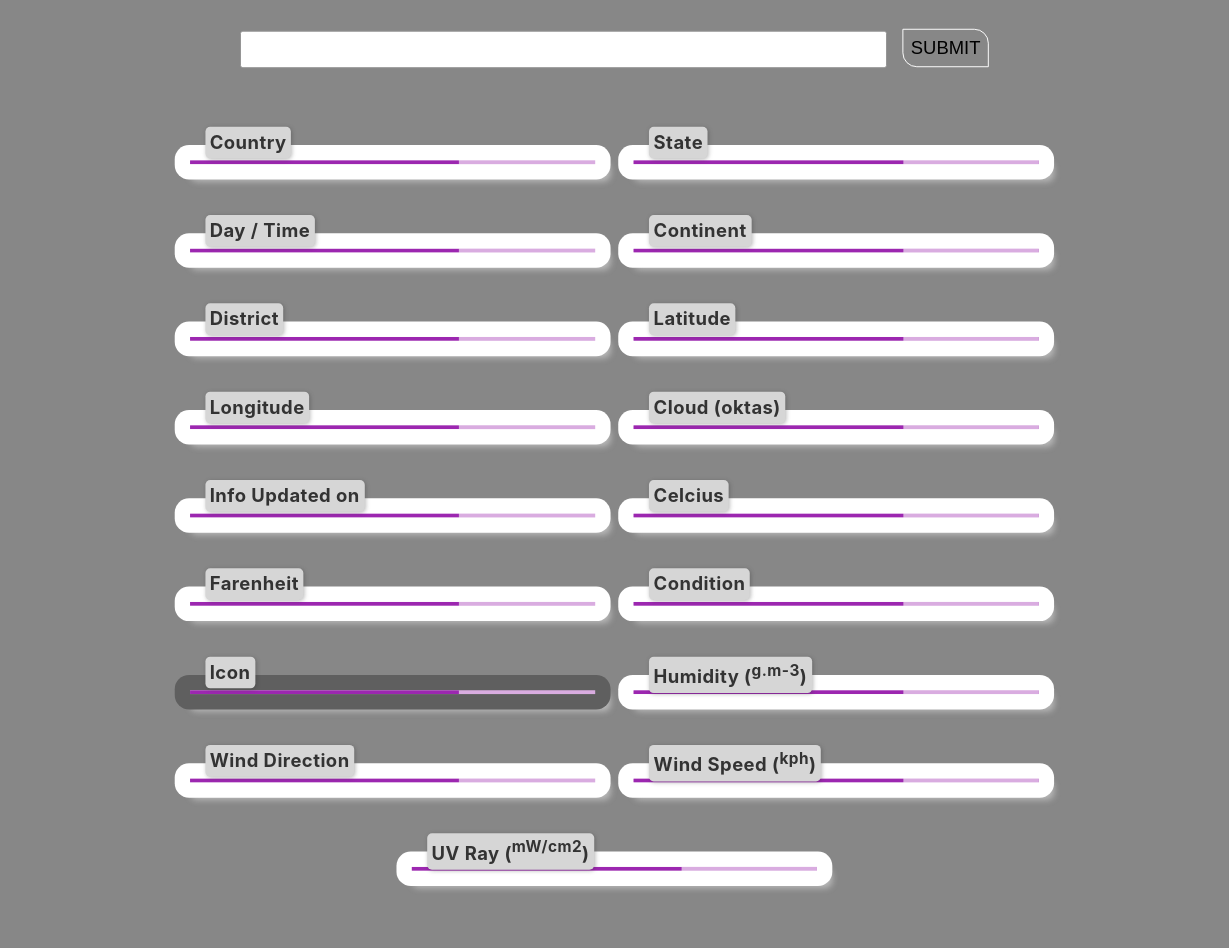
Repository: Imprasna/practising-API
Page: /
The author's editor kept a copy of each file at every save. The page is drawn from the files as they stood at one save, then again after a run of saves.
The browser window is 1280 px wide. The pictures show the whole page, at 96% of full size.
The project was rebuilt for these pictures with package versions that can differ from the ones it lists, and the page was loaded fresh each time. Also part of the build but not shown: src/component/Country.js, src/component/Region.js, src/component/Time.js, src/component/Continent.js, src/component/District.js, src/component/Cloud.js, src/component/UpdatedWeather.js, src/component/Celcius.js and 9 more.

Above is the page before, as saved 2021-11-12 00:22:26.

After the next 3 saves:
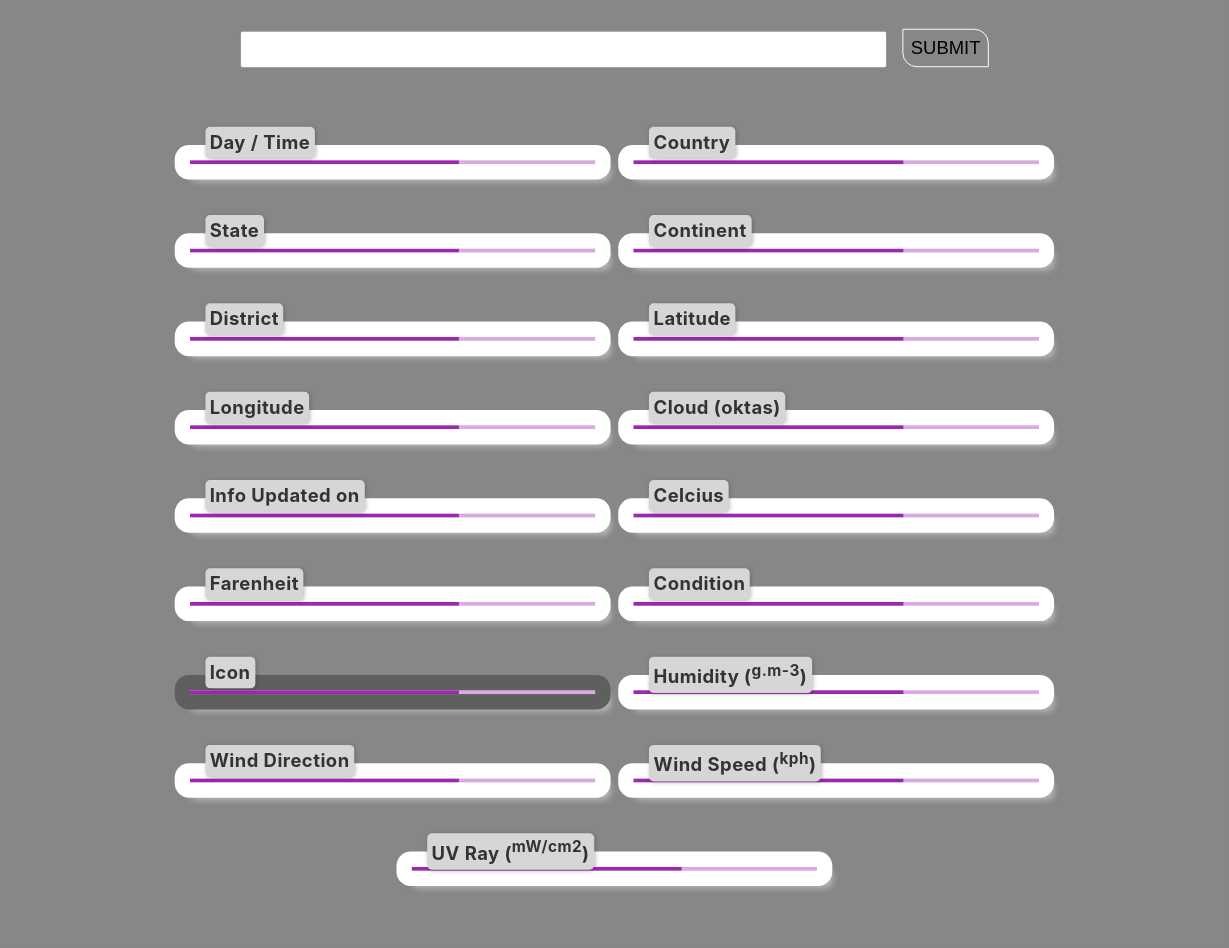
The 3 saves are shown as one change because they came seconds apart.
The last was saved 80 s later.
--- a/src/Get.js
+++ b/src/Get.js
@@ -90,6 +90,13 @@ const Get = () => {
 			</button>
 
 			<div className="whole">
+
+			<div className="time">
+				{loading ? (<Time CName={getPost} />) : (<LinearProgress  color="secondary"  />) }
+					<h1>Day / Time</h1>
+
+				</div>
+
 				<div className="Country">
 					{loading ? (<Country CName={getPost} />) : (<LinearProgress  color="secondary"  />)}
 					<h1>Country</h1>
@@ -101,11 +108,7 @@ const Get = () => {
 
 				</div>
 
-				<div className="time">
-				{loading ? (<Time CName={getPost} />) : (<LinearProgress  color="secondary"  />) }
-					<h1>Day / Time</h1>
-
-				</div>
+
 
 				<div className="continent">
 				{loading ? (<Continent CName={getPost} />) : (<LinearProgress  color="secondary"  />) }
